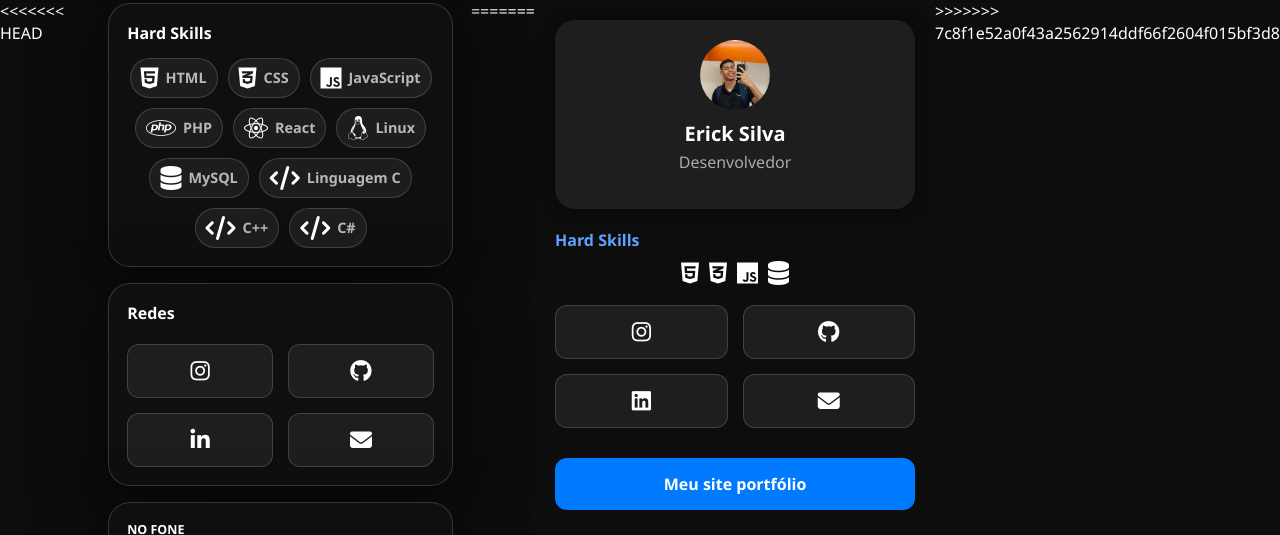
Repository: Erickaocode/Mini-Portfolio
Page: index.html
These files come from the project's save history. The page is drawn as it stood at one moment and after the next save; the edit follows.
The browser window is 1280 px wide. The pictures show the part of the page from y = 0 to 535 px (the page is 887 px tall before and 1261 px after).
Pictures or frames that could not be fetched are drawn as grey boxes.

Above is the page before, as saved 2026-05-07 03:11:18.

After the next save:
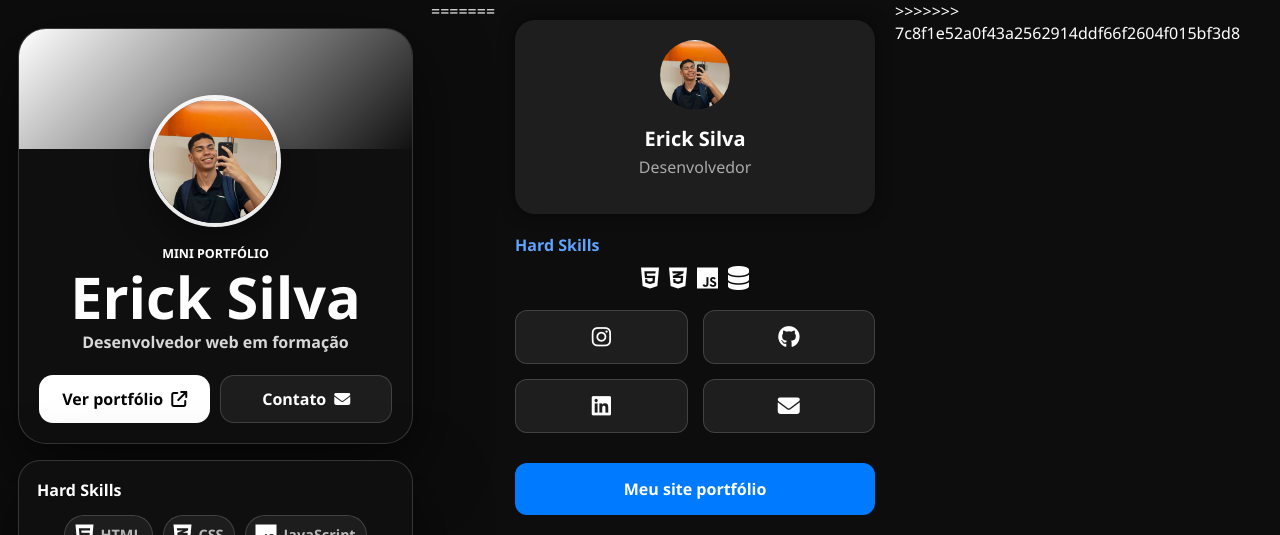
Saved 2 min 37 s later.
--- a/index.html
+++ b/index.html
@@ -1,4 +1,4 @@
-<<<<<<< HEAD
+
 <!DOCTYPE html>
 <html lang="pt-BR">
 <head>
